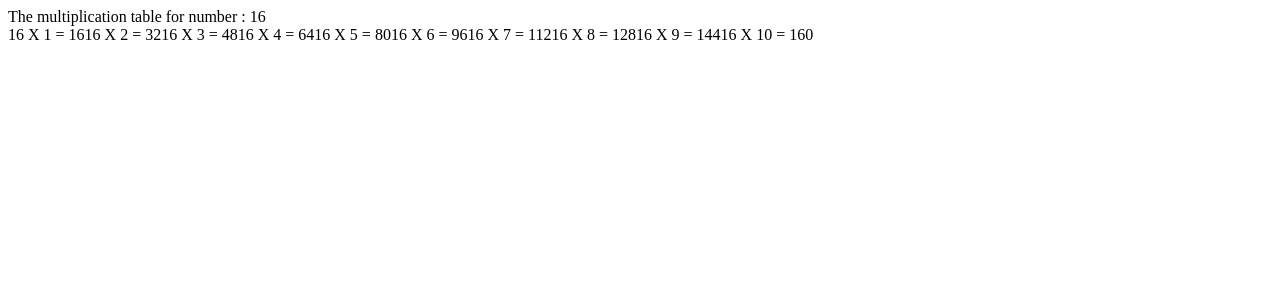
Repository: ajayrkp/HTML_CSS_Notes
Page: http://localhost/exercise_4.php
The author's editor kept a copy of each file at every save. The page is drawn from the files as they stood at one save, then again after the next save.
The browser window is 1280 px wide. The pictures show the whole page.
The page is run by PHP 8.4 with error messages shown; the project is at /var/www/html/.

Above is the page before, as saved 2012-10-12 23:49:12.

After the next save:
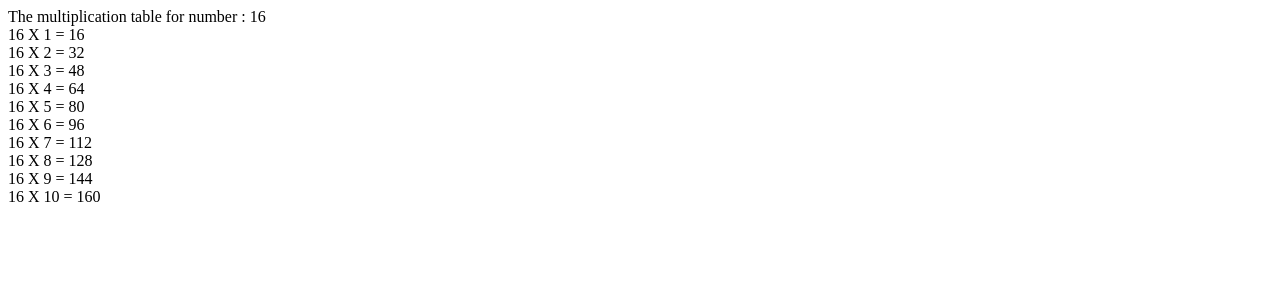
Saved 17 s later.
--- a/HomeWorks/exercise_4.php
+++ b/HomeWorks/exercise_4.php
@@ -18,7 +18,7 @@
 	print "The multiplication table for number : " . $tableNumber . "<br>";
 
 	for($i = 1; $i<11; $i++) {
-		print $tableNumber . " X " . $i . " = " . $tableNumber*$i;
+		print $tableNumber . " X " . $i . " = " . ($tableNumber * $i) . "<br>";
 	}
 
 ?>
